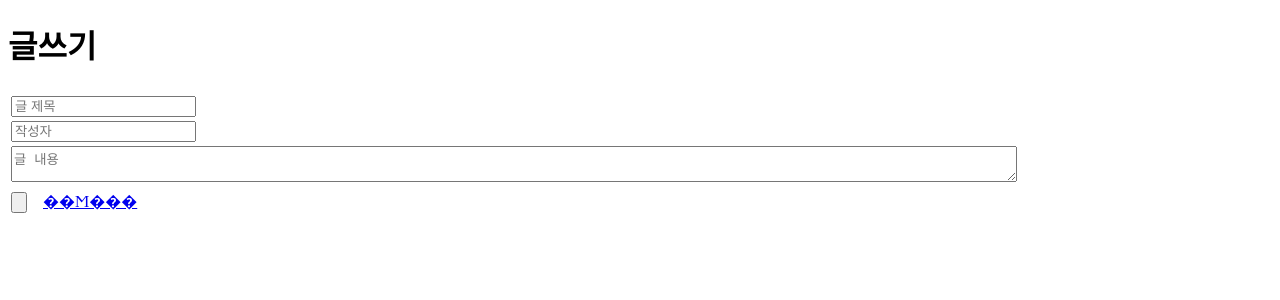
Repository: jsy8315/KOPO_SPRING
Page: http://localhost/jsp_assignFinal/write_view.jsp
An editor plug-in stored every save of this project. The page is shown before and after the next save, followed by the edit.
The browser window is 1280 px wide. The pictures show the whole page.
The page is served by Tomcat 10.

Above is the page before, as saved 2023-06-29 07:02:05.

After the next save:
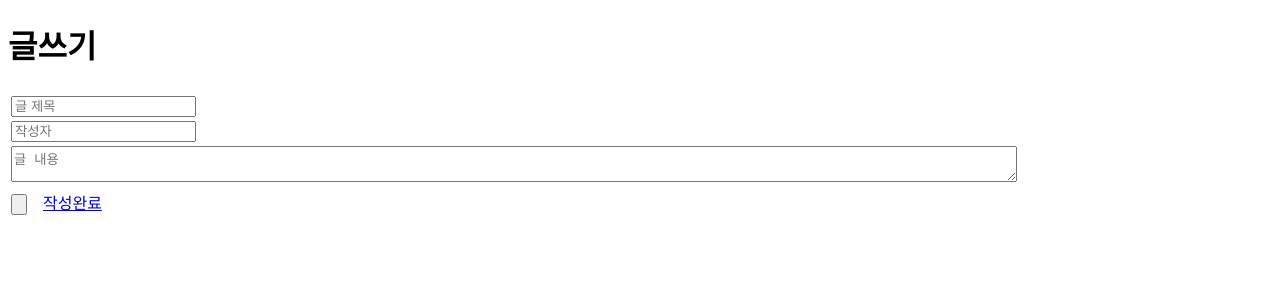
Saved 18 s later.
--- a/jsp_assignFinal/src/main/webapp/write_view.jsp
+++ b/jsp_assignFinal/src/main/webapp/write_view.jsp
@@ -27,7 +27,7 @@
         			<td><textarea class="form-control" placeholder="글 내용" name="bContent" maxlength="1000" style="width:1000px;, height: 500px;"></textarea></td>
         		</tr>
         		<tr>
-					<td colspan="2"> <input type="submit" value=""> &nbsp;&nbsp; <a href="list.do">��Ϻ���</a></td>
+					<td colspan="2"> <input type="submit" value=""> &nbsp;&nbsp; <a href="list.do">작성완료</a></td>
 				</tr>
         	</tbody>
         </table>
